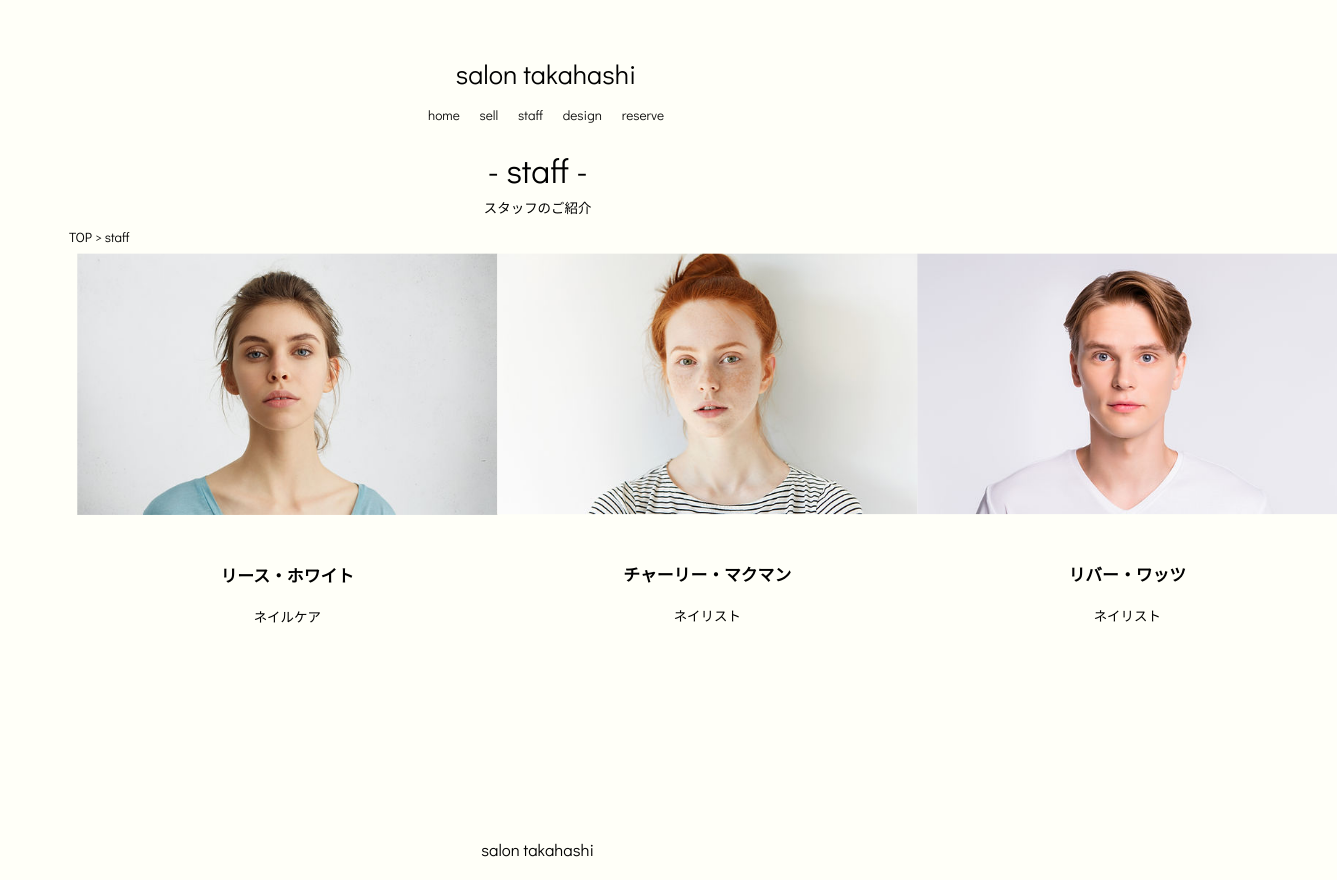
Repository: yukitakahashi1002/salontakahashi-
Page: staff.html
The author's editor kept a copy of each file at every save. The page is drawn from the files as they stood at one save, then again after the next save.
The browser window is 1280 px wide. The page is 1592 px wide, then 1582 px, so the pictures cover 1592 px, including what lies to the right of the window. The pictures show the whole page, at 84% of full size.

Above is the page before, as saved 2023-08-12 02:30:48.

After the next save:
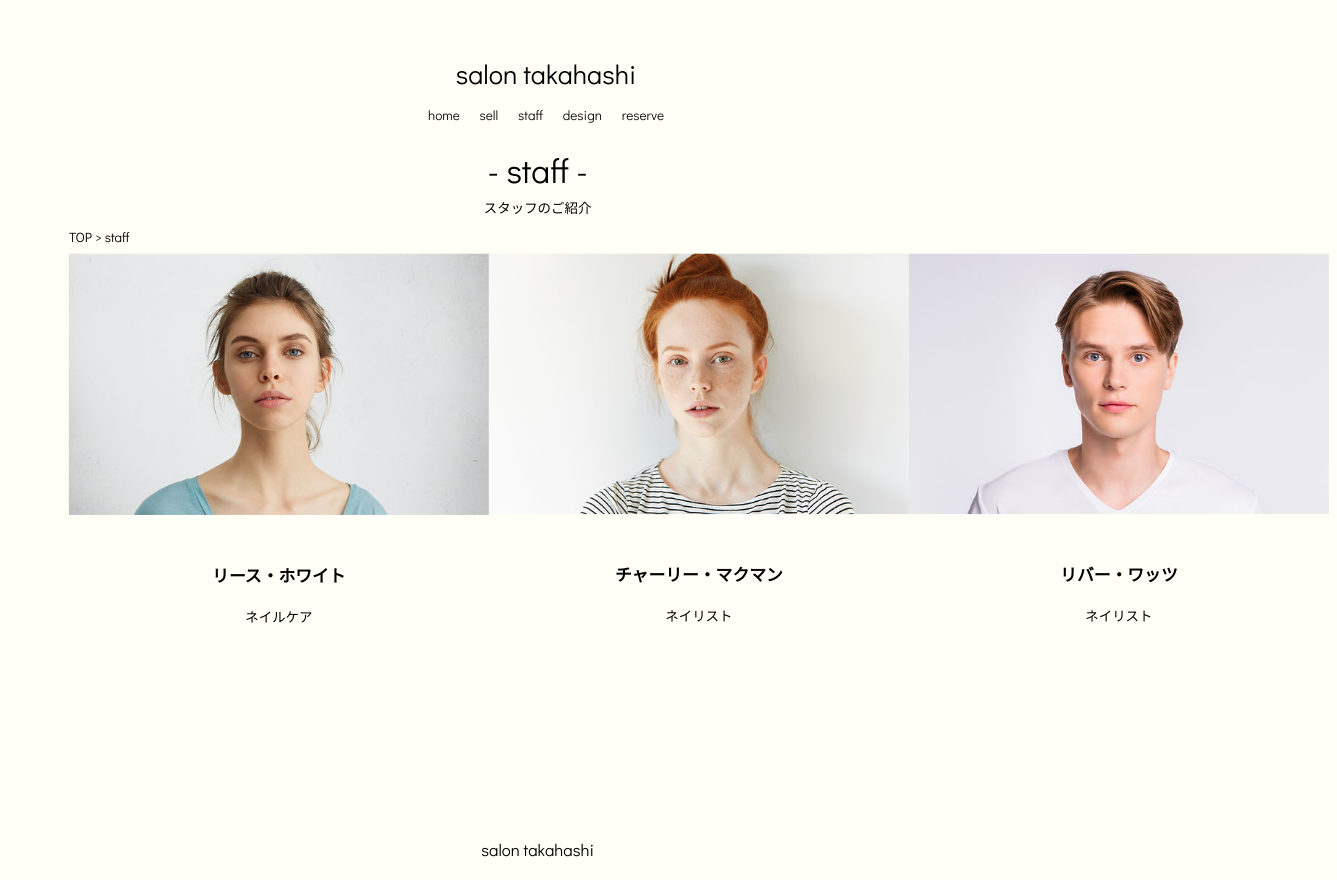
Saved 9 s later.
--- a/css/style.css
+++ b/css/style.css
@@ -236,7 +236,7 @@ h3 {
 
 /* デザインセクションのフレックス部分 */
 #design-flex {
-    margin: 10px;
+    margin-top: 10px;
     display: flex;
     justify-content: space-between;
 }
